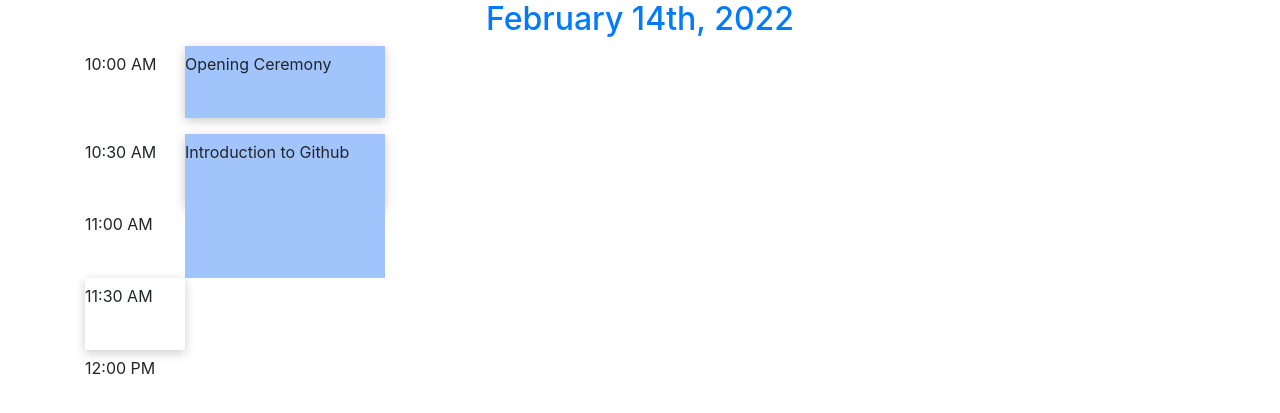
Repository: BaileyLuu/yuHacks2022
Page: public/schedule.html
These files come from the project's save history. The page is drawn as it stood at one moment and after the next save; the edit follows.
The browser window is 1280 px wide. The pictures show the whole page.
Some web libraries are served in a nearby version.

Above is the page before, as saved 2021-11-20 13:41:06.

### public/schedule.html
<!DOCTYPE html>
<html lang="en">

<head>
    <meta charset="UTF-8">
    <meta http-equiv="X-UA-Compatible" content="IE=edge">
    <meta name="viewport" content="width=device-width, initial-scale=1.0">

    <script src="https://ajax.googleapis.com/ajax/libs/jquery/3.5.1/jquery.min.js"></script>

    <!-- Popper JS -->
    <script src="https://cdnjs.cloudflare.com/ajax/libs/popper.js/1.12.9/umd/popper.min.js"
        integrity="sha384-ApNbgh9B+Y1QKtv3Rn7W3mgPxhU9K/ScQsAP7hUibX39j7fakFPskvXusvfa0b4Q"
        crossorigin="anonymous"></script>

    <!-- Latest compiled JavaScript -->
    <script src="https://maxcdn.bootstrapcdn.com/bootstrap/4.0.0/js/bootstrap.min.js"
        integrity="sha384-JZR6Spejh4U02d8jOt6vLEHfe/JQGiRRSQQxSfFWpi1MquVdAyjUar5+76PVCmYl"
        crossorigin="anonymous"></script>

    <!-- Latest compiled and minified CSS -->
    <link rel="stylesheet" href="https://maxcdn.bootstrapcdn.com/bootstrap/4.0.0/css/bootstrap.min.css"
        integrity="sha384-Gn5384xqQ1aoWXA+058RXPxPg6fy4IWvTNh0E263XmFcJlSAwiGgFAW/dAiS6JXm" crossorigin="anonymous">

    <!-- AOS CSS Library CDN -->
    <link href="https://unpkg.com/aos@2.3.1/dist/aos.css" rel="stylesheet">
    <!-- Bootstrap Icons -->
    <link rel="stylesheet" href="https://cdn.jsdelivr.net/npm/bootstrap-icons@1.7.0/font/bootstrap-icons.css">



    <script src="https://code.jquery.com/jquery-3.2.1.slim.min.js"
        integrity="sha384-KJ3o2DKtIkvYIK3UENzmM7KCkRr/rE9/Qpg6aAZGJwFDMVNA/GpGFF93hXpG5KkN"
        crossorigin="anonymous"></script>
    <link rel="stylesheet" href="./schedule.css">
    <script src="schedule.js"></script>
    <script src="https://ajax.googleapis.com/ajax/libs/jquery/3.3.1/jquery.min.js"></script>
    <title>yuHacks Schedule</title>
</head>

<body>
    <section class="">
        <div class="container">
            <h2 class="text-primary title text-center">February 14th, 2022</h1>

                <!-- <div class="row row-cols-2">
          <div class="col">Column</div>
          <div class="col">Column</div>
          <div class="col">Column</div>
          <div class="col">Column</div>
          <div class="col">Column</div>
          <div class="col">Column</div>

        </div>
        <div class="row row-cols-2">
            <div class="col">Column</div>
            <div class="col">Column</div>
            <div class="col">Column</div>
            <div class="col">Column</div>
            <div class="col">Column</div>
            <div class="col">Column</div>

          </div> -->
                <div class="schedule-table">



                    <div class="box schedule-time mb-3">
                        <div class="schedule-time" style="width: 100px;">10:00 AM</div>
                        <div class="session-box schedule-time">Opening Ceremony</div>

                    </div>
                    <div class="box schedule-time">
                        <div class="schedule-time" style="width: 100px;">10:30 AM</div>
                        <div class="session-box schedule-time">Introduction to Github</div>

                    </div>
                    <div class="box schedule-time">
                        <div class="schedule-time" style="width: 100px;">11:00 AM</div>
                        <div class="extra-time schedule-time"></div>

                    </div>
                    <div class="box schedule-time">
                        <div class="empty-box schedule-time" style="width: 100px;">11:30 AM</div>
                        <!-- <div class="empty- schedule-time">Introduction to Github</div> -->

                    </div>
                    <div class="box schedule-time  mb-3">
                        <div class="schedule-time" style="width: 100px;">12:00 PM</div>

                    </div>

                    <!-- <div class="col-md-8">
              <div>Introduction to Github</div>
              <div></div>
              <div>Introduction to Bootstrap</div>
          </div> -->

                </div>
        </div>
    </section>

    <script src="https://cdnjs.cloudflare.com/ajax/libs/jquery/3.6.0/jquery.min.js"
        integrity="sha512-894YE6QWD5I59HgZOGReFYm4dnWc1Qt5NtvYSaNcOP+u1T9qYdvdihz0PPSiiqn/+/3e7Jo4EaG7TubfWGUrMQ=="
        crossorigin="anonymous" referrerpolicy="no-referrer"></script>
    <!-- Option 1: Bootstrap Bundle with Popper -->
    <script src="https://cdn.jsdelivr.net/npm/bootstrap@5.1.3/dist/js/bootstrap.bundle.min.js"
        integrity="sha384-ka7Sk0Gln4gmtz2MlQnikT1wXgYsOg+OMhuP+IlRH9sENBO0LRn5q+8nbTov4+1p"
        crossorigin="anonymous"></script>

    <script src="https://unpkg.com/aos@2.3.1/dist/aos.js"></script>
    <script>
        AOS.init({
            offset: 500,
            duration: 800,
            once: true,
        }

        );
    </script>
</body>

</html>

### public/schedule.css
/* body {
    background-color: #141c3c;
  } */

.schedule-time{
  display:flex;
  flex-direction: column;
  width: 200px;
  height:10vh;
  box-sizing: border-box;
  z-index: 50;
  line-height: 5vh;
  flex-wrap: wrap;
}
.session-box{
  /* background-image: linear-gradient(120deg, #a1c4fd 0%, #c2e9fb 100%); */
  background-color:#a1c4fd;
  box-shadow: 0 3px 10px rgb(0 0 0 / 0.2);
  position:relative;
  flex-wrap: wrap;
}
.extra-time{
  /* background-image: linear-gradient(180deg, #c2e9fb 100%, #a1c4fd 100%); */
  background-color:#a1c4fd;
  /* box-shadow: 0 3px 10px rgb(0 0 0 / 0.2); */
  position:relative;
  flex-wrap: wrap;
  border:0;
}
.empty-box{
  background-image: white;
  box-shadow: 0 3px 10px rgb(0 0 0 / 0.2);
  position:relative;
  flex-wrap: wrap;
}
.schedule-table{
  display:flex;
  flex-direction:column;

}
/* .box>* {
  flex: 1 1 70px;
} */

Loaded but not shown: public/schedule.js (no copy from this time; the picture is the same without it)

After the next save:
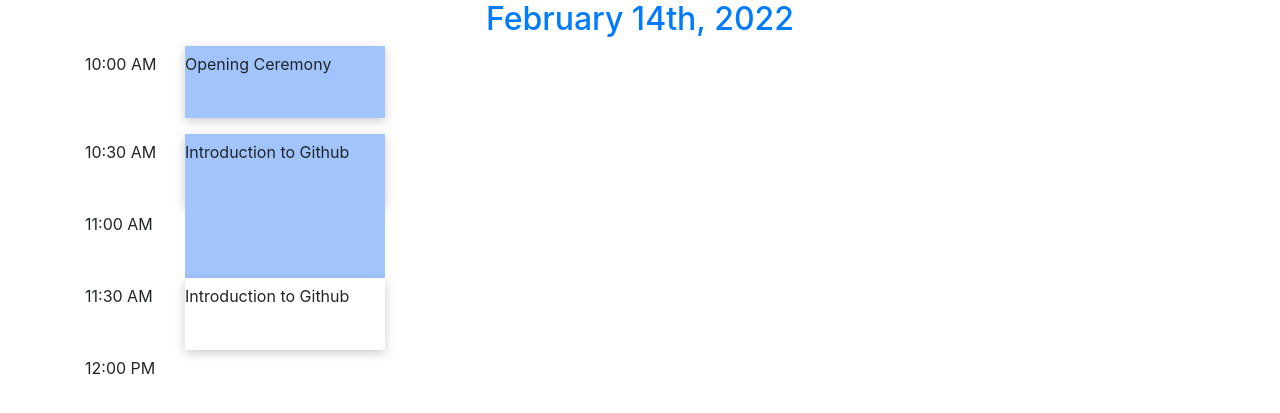
Saved 15 s later.
--- a/public/schedule.html
+++ b/public/schedule.html
@@ -81,8 +81,8 @@
 
                     </div>
                     <div class="box schedule-time">
-                        <div class="empty-box schedule-time" style="width: 100px;">11:30 AM</div>
-                        <!-- <div class="empty- schedule-time">Introduction to Github</div> -->
+                        <div class="chedule-time" style="width: 100px;">11:30 AM</div>
+                        <div class="empty-box s schedule-time">Introduction to Github</div>
 
                     </div>
                     <div class="box schedule-time  mb-3">
